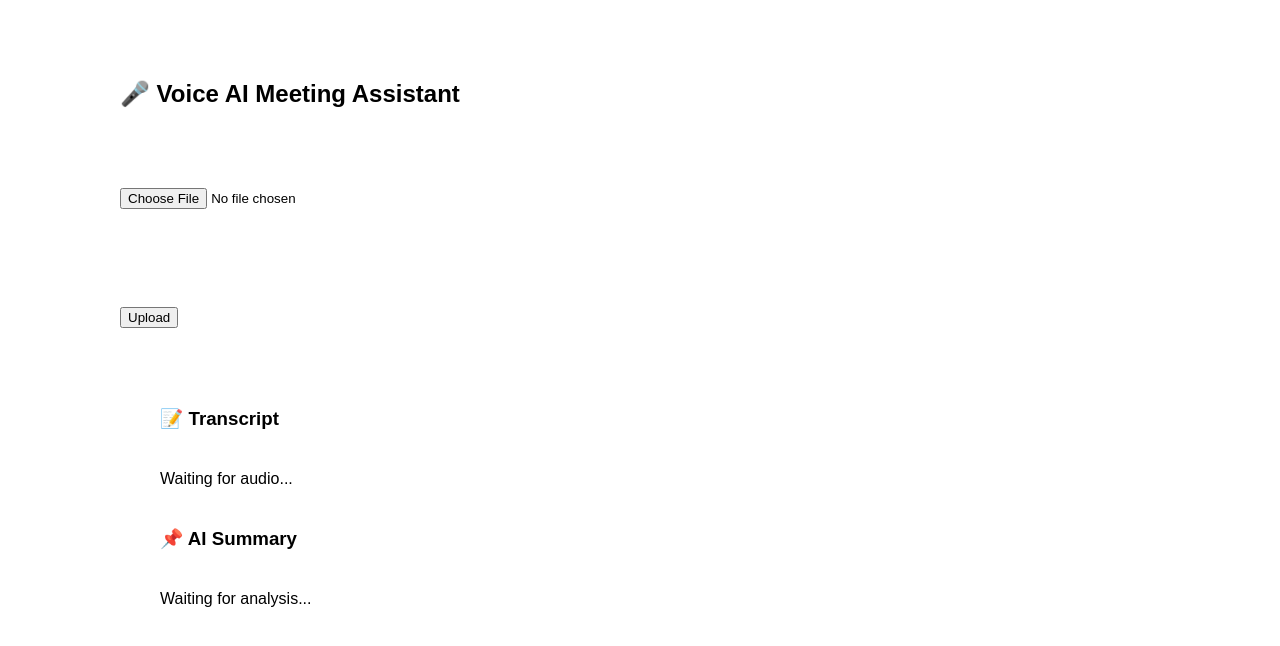
Repository: MujtabaHabib/Voice-AI-Meeting-Assistant
Page: index.html
These files come from the project's save history. The page is drawn as it stood at one moment and after the next save; the edit follows.
The browser window is 1280 px wide. The pictures show the whole page.

Above is the page before, as saved 2026-02-01 21:49:09.

### index.html
<!DOCTYPE html>
<html lang="en">
<head>
    <meta charset="UTF-8">
    <meta name="viewport" content="width=device-width, initial-scale=1.0">
    <link rel="stylesheet" href="style.css">
    <title>Voice AI Agent</title>
</head>
<body>
    <h2>🎤 Voice AI Meeting Assistant</h2>

    <input type="file" name="file" id="audioFile">
    <br><br>
    <button onclick="send()">Upload</button>

    <div class="box">
        <h3>📝 Transcript</h3>
        <p id="transcript">Waiting for audio...</p>
    </div>

    <div class="box">
        <h3>📌 AI Summary</h3>
        <p id="summary">Waiting for analysis...</p>
    </div>

<script>
    async function send() {
        const file = document.getElementById("audioFile").files[0]
        const form = new FormData()
        form.append("file",file)

        document.getElementById("transcript").innerText = "processing..."
        document.getElementById("summary").innerText = "AI is thinking.."

    const res = await fetch("http://127.0.0.1:8000/voice-agent",{
        method : "POST",
        body : form
    })

    const data = await res.json()

    document.getElementById("transcript").innerText = data.transcript
    document.getElementById("summary").innerText = data.summary
}
</script>
</body>
</html>

### style.css
*{
    font-family:Arial;
    margin: 40px;
}

After the next save:
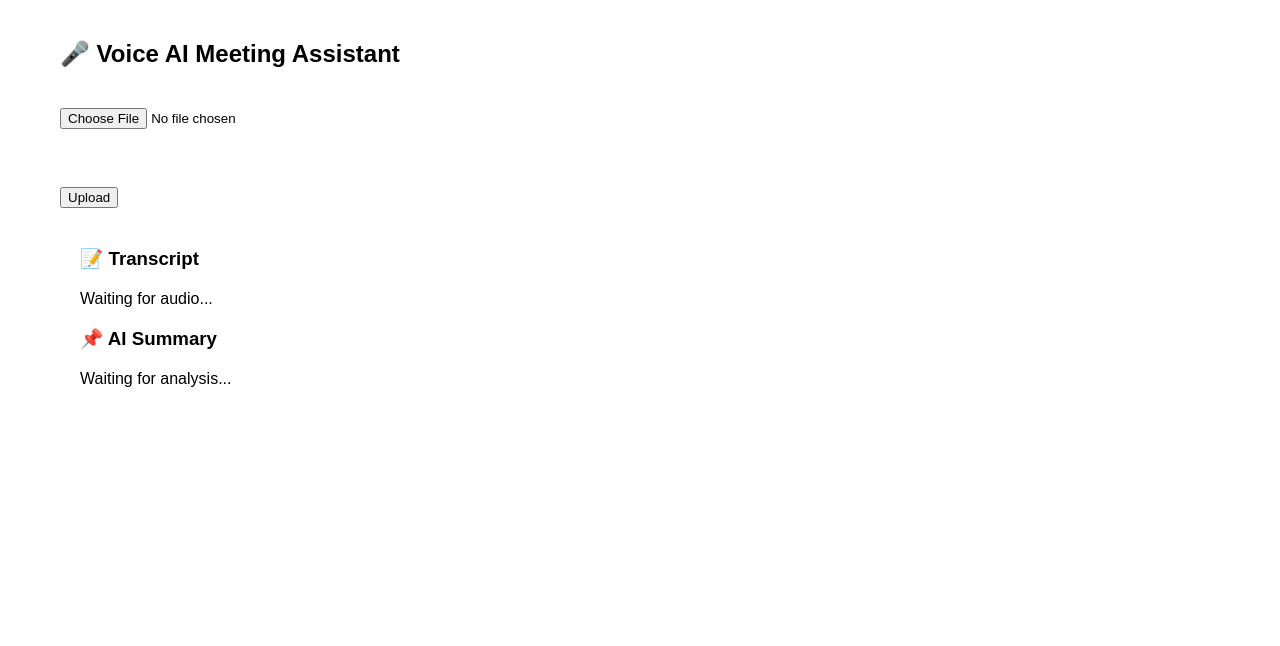
Saved 2 min 45 s later.
--- a/style.css
+++ b/style.css
@@ -1,4 +1,4 @@
 *{
     font-family:Arial;
-    margin: 40px;
+    margin: 20px;
 }
